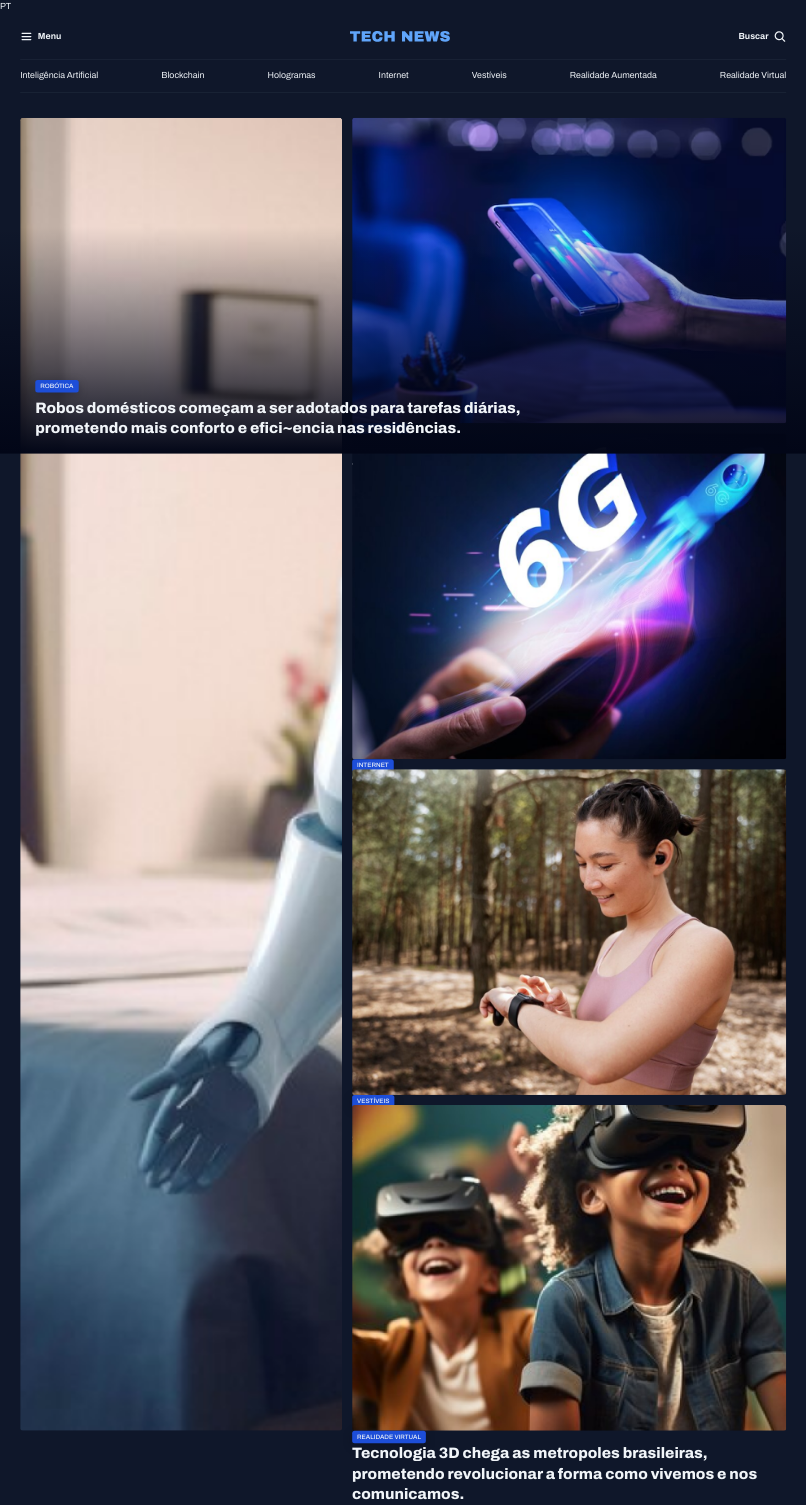
Repository: JeffRodFer/portalDeNoticias
Page: index.html
These files come from the project's save history. The page is drawn as it stood at one moment and after the next save; the edit follows.
The browser window is 1280 px wide. The pictures show the whole page, at 63% of full size.

Above is the page before, as saved 2025-04-15 22:01:00.

After the next save:
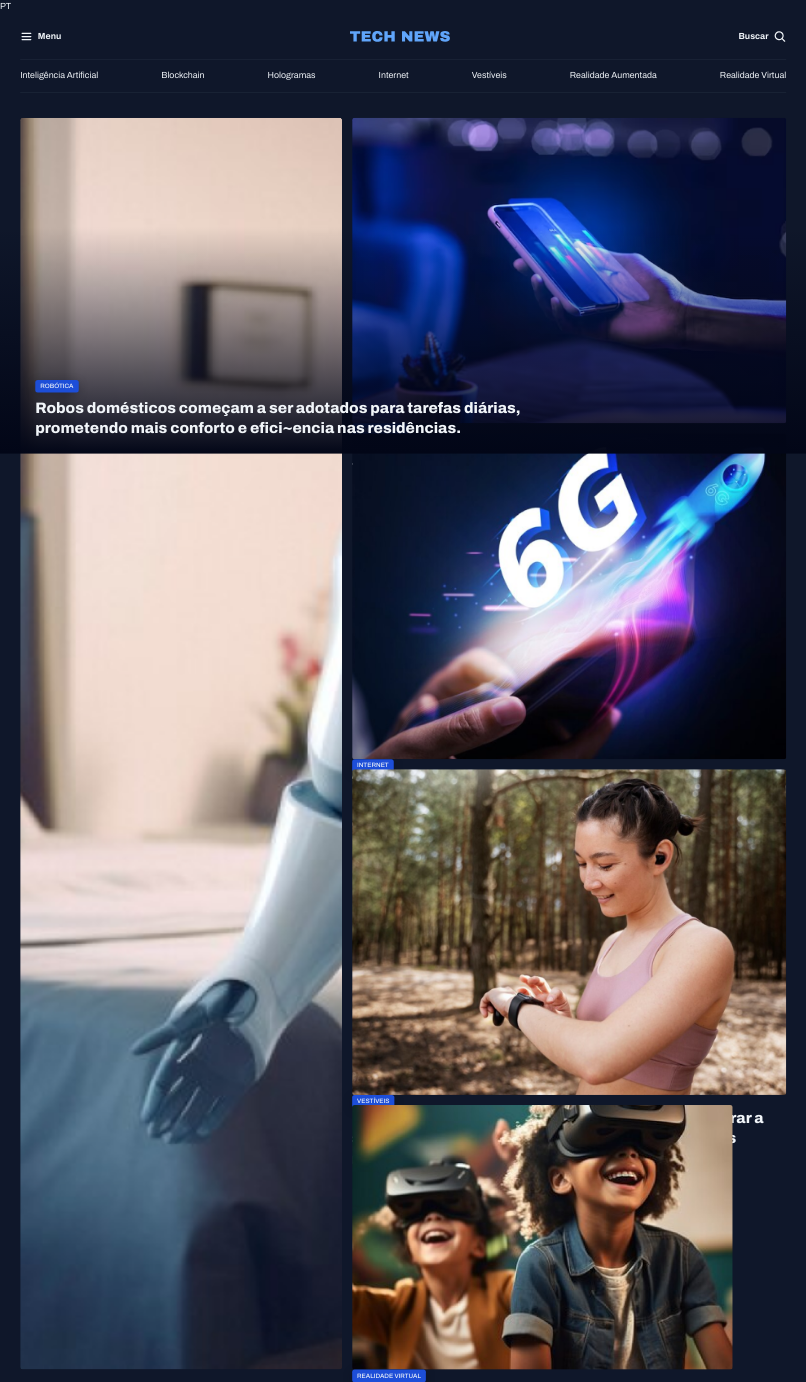
Saved 8 s later.
--- a/index.html
+++ b/index.html
@@ -85,7 +85,7 @@ PT<!DOCTYPE html>
           <figcaption>
             <span class="content-tag">Realidade Virtual</span>
             <h2 class="text-2xl">
-            Tecnologia 3D chega as metropoles brasileiras, prometendo revolucionar a forma como vivemos e nos comunicamos.
+
             </h2>
           </figcaption>
         </figure>
